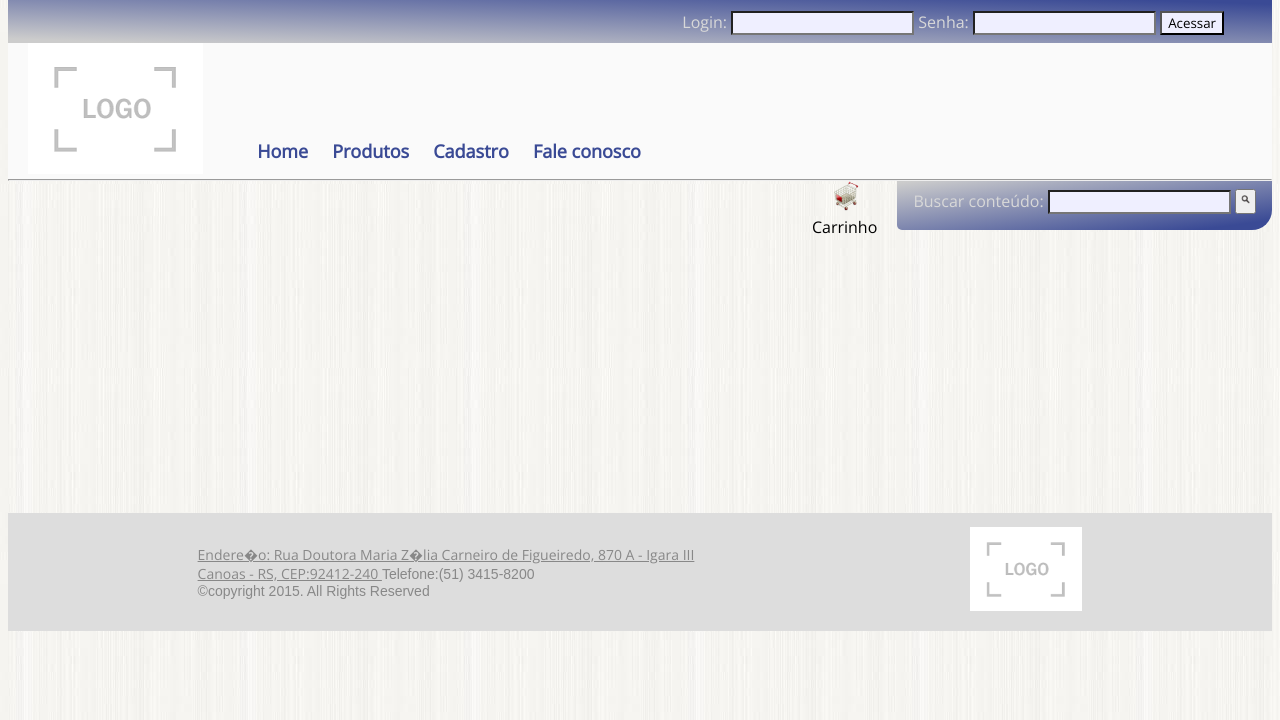
Repository: lauroPereira/study
Page: http://localhost/
These files come from the project's save history. The page is drawn as it stood at one moment and after the next save; the edit follows.
The browser window is 1280 px wide. The pictures show the whole page.
The page is run by PHP 8.4 with error messages shown; the project is at /var/www/html/.

Above is the page before, as saved 2016-06-16 03:19:46.

After the next save:
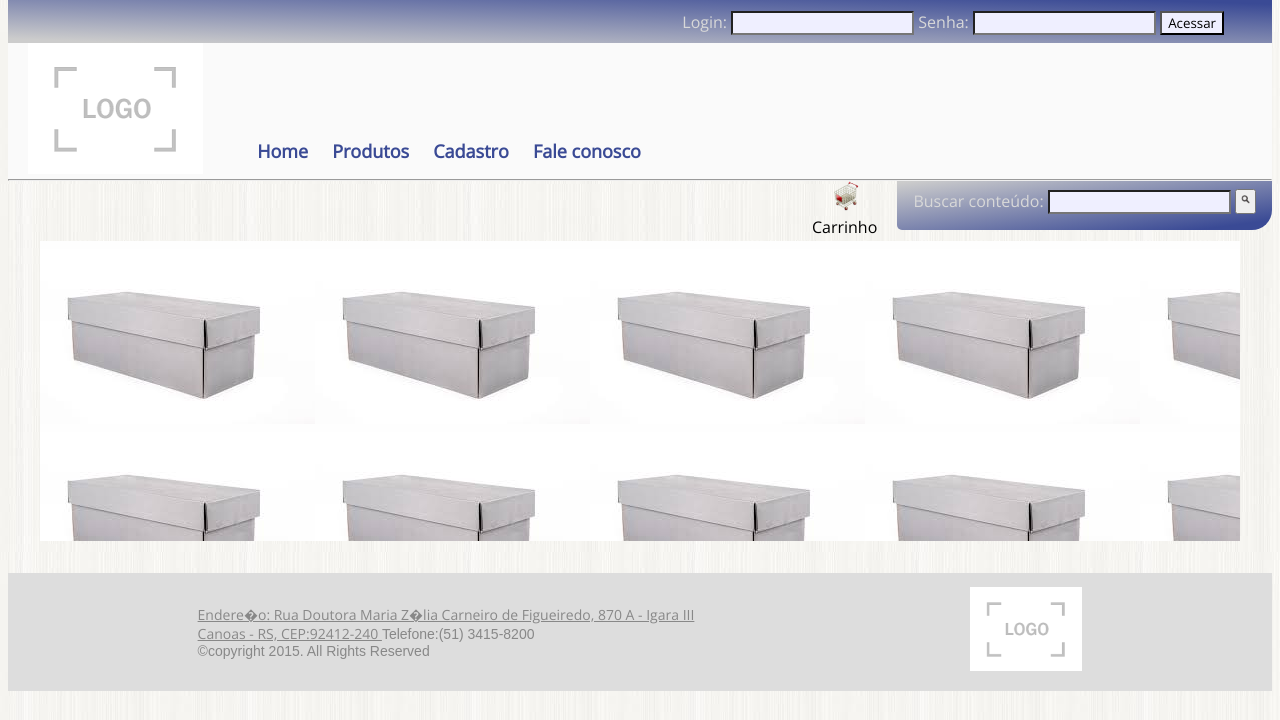
Saved 23 s later.
--- a/TrabalhoFinalWeb/css/style.css
+++ b/TrabalhoFinalWeb/css/style.css
@@ -233,4 +233,5 @@
 
 #carousel{
 	min-width: 300px;
-}
+	min-height: 300px;
+}

After the save that followed:
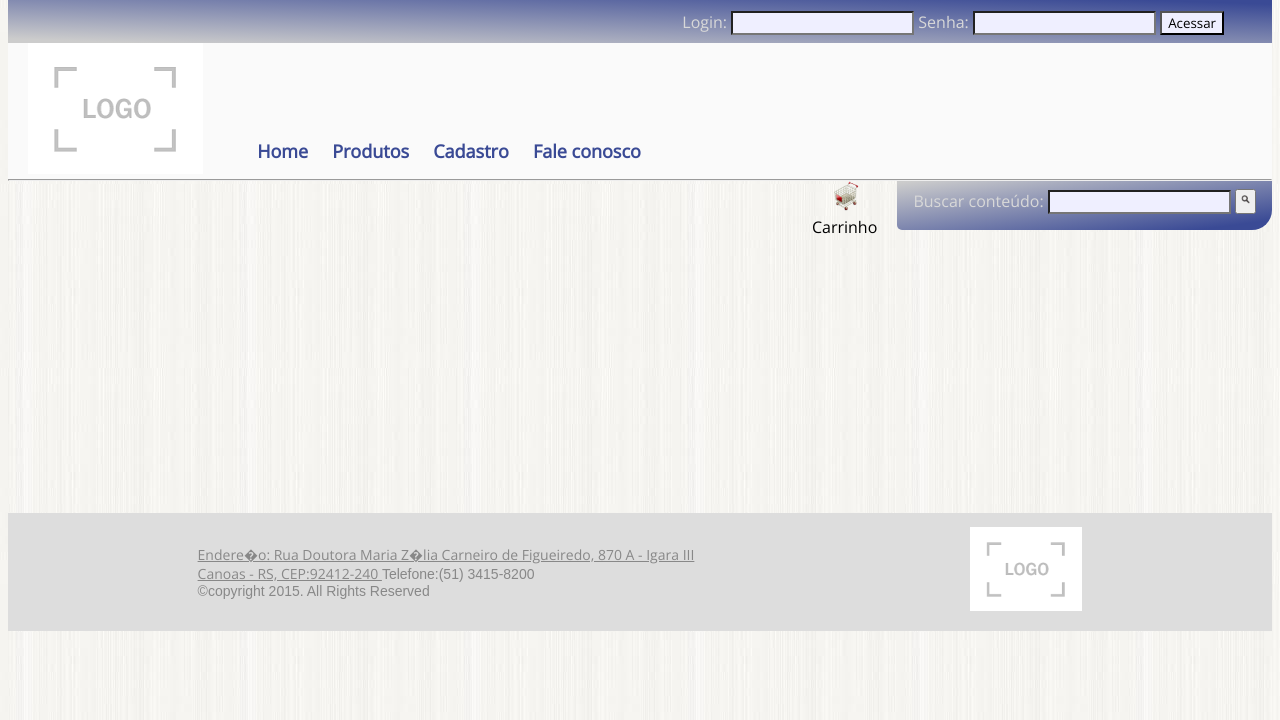
Saved 69 s later.
--- a/TrabalhoFinalWeb/css/style.css
+++ b/TrabalhoFinalWeb/css/style.css
@@ -230,8 +230,3 @@
 	margin: 0 auto;
 	margin-top:60px;
 }
-
-#carousel{
-	min-width: 300px;
-	min-height: 300px;
-}
